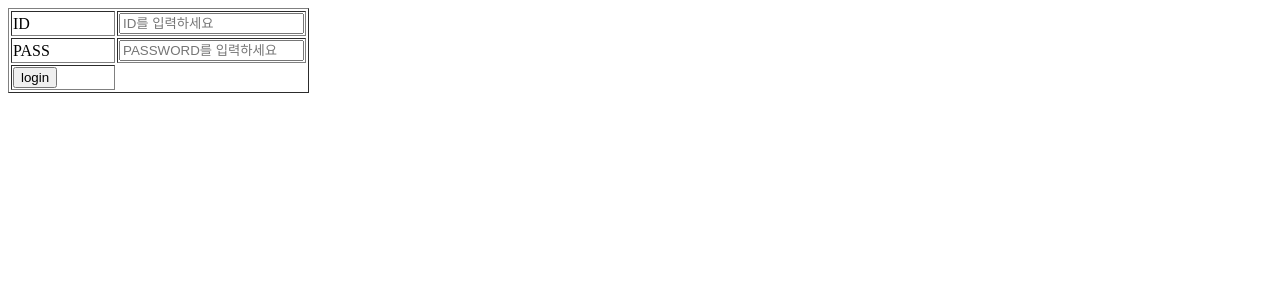
Repository: kdh4357065/3_highjava
Page: http://localhost/webTest/basic/session/sessionLogin.jsp
The author's editor kept a copy of each file at every save. The page is drawn from the files as they stood at one save, then again after the next save.
The browser window is 1280 px wide. The pictures show the whole page.
The page is served by Tomcat 9.

Above is the page before, as saved 2023-03-30 03:40:31.

After the next save:
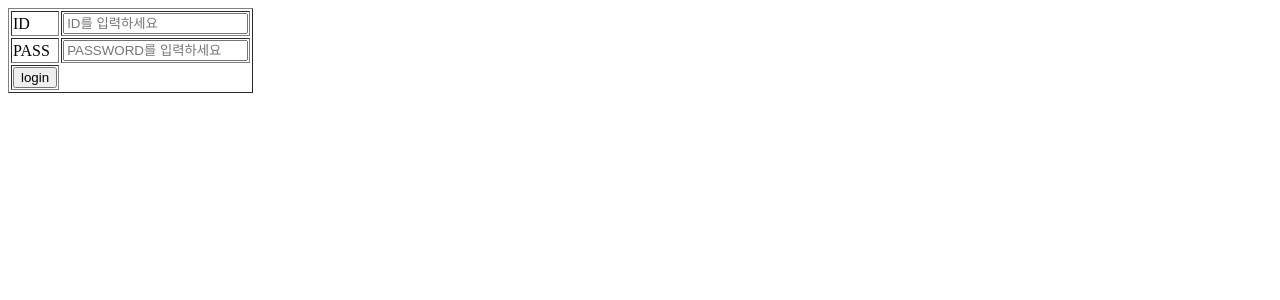
Saved 9 s later.
--- a/WorkSpace/webTest/src/main/webapp/basic/session/sessionLogin.jsp
+++ b/WorkSpace/webTest/src/main/webapp/basic/session/sessionLogin.jsp
@@ -25,7 +25,7 @@ width:100px;
 </tr>
 
 <tr>
-	<td width="100px"><input type="button" value="login"></td>
+	<td><input type="button" value="login"></td>
 </tr>
 
 </table>
